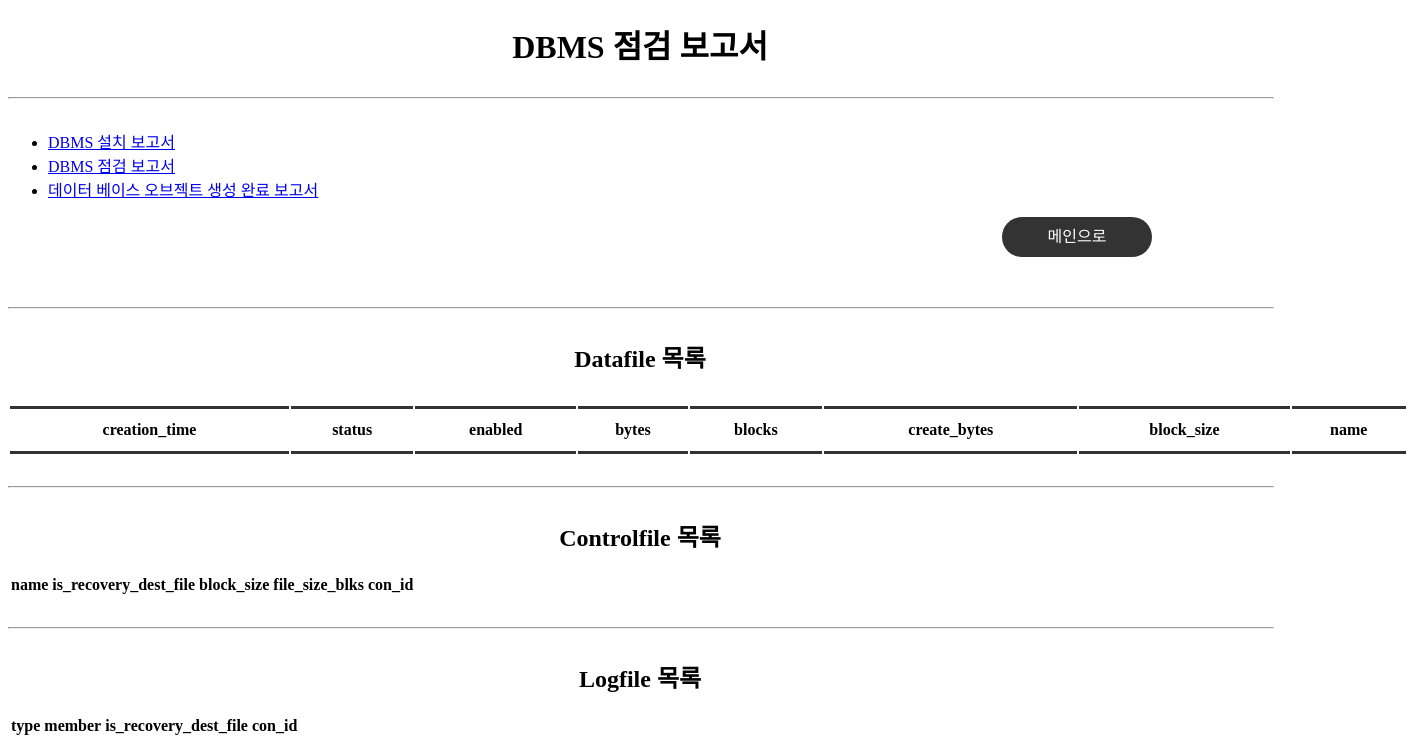
Repository: blackbird0220/kh_database
Page: http://localhost/test01/report02.jsp
The author's editor kept a copy of each file at every save. The page is drawn from the files as they stood at one save, then again after the next save.
The browser window is 1280 px wide. The page is 1408 px wide, so the pictures cover 1408 px, including what lies to the right of the window. The pictures show the whole page.
The page is served by Tomcat 9. Queries for data that is not in the repository find no rows.

Above is the page before, as saved 2024-04-01 00:26:26.

After the next save:
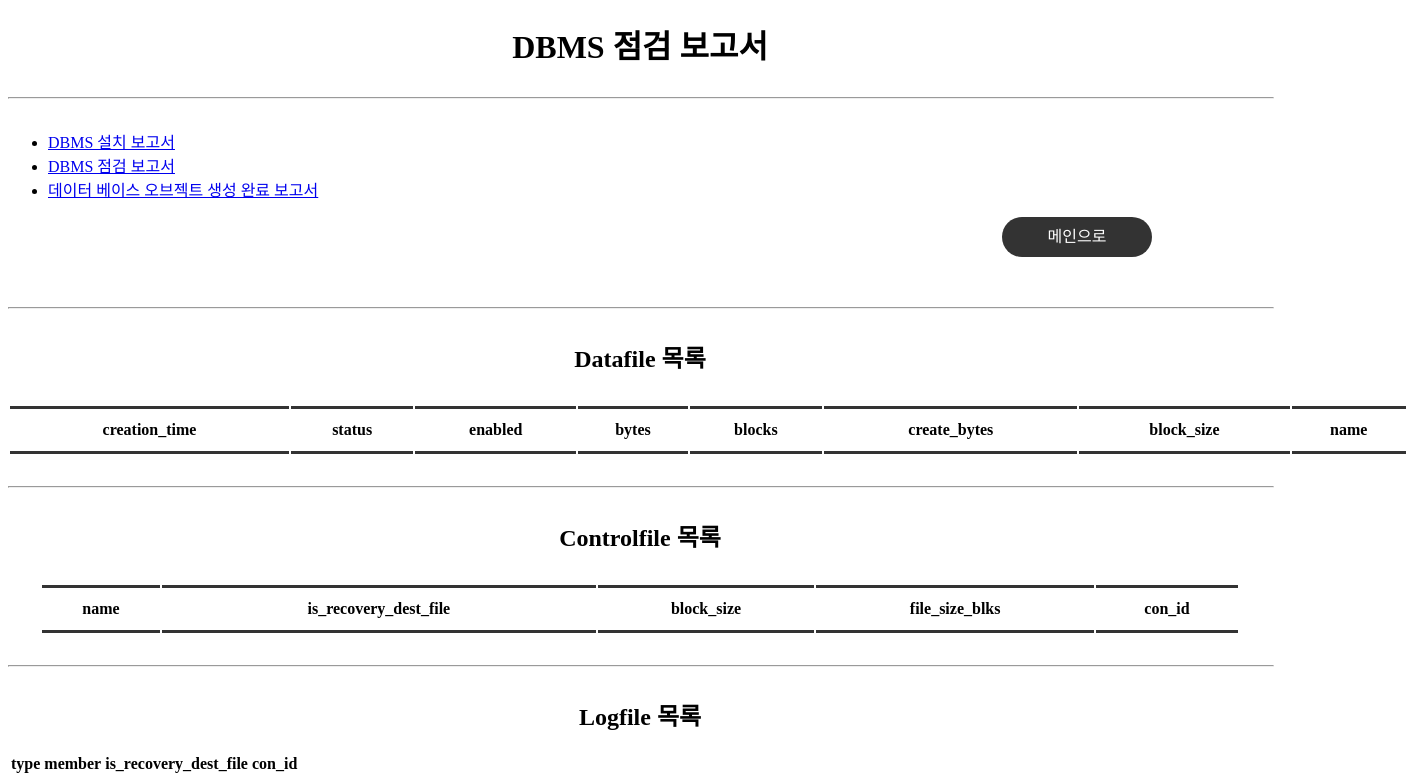
Saved 2 min 53 s later.
--- a/test01/WebContent/report02.jsp
+++ b/test01/WebContent/report02.jsp
@@ -148,12 +148,9 @@
 	</c:forEach>
 	</tbody>
 </table>
-
-
 <hr>
 <h2 class="title">Controlfile 목록</h2>
-<table style>
-
+<table style="width:1200px;margin:30px auto" class="tb">
 	<thead>
 		<tr>
 			<th>name</th><th>is_recovery_dest_file</th><th>block_size</th>
